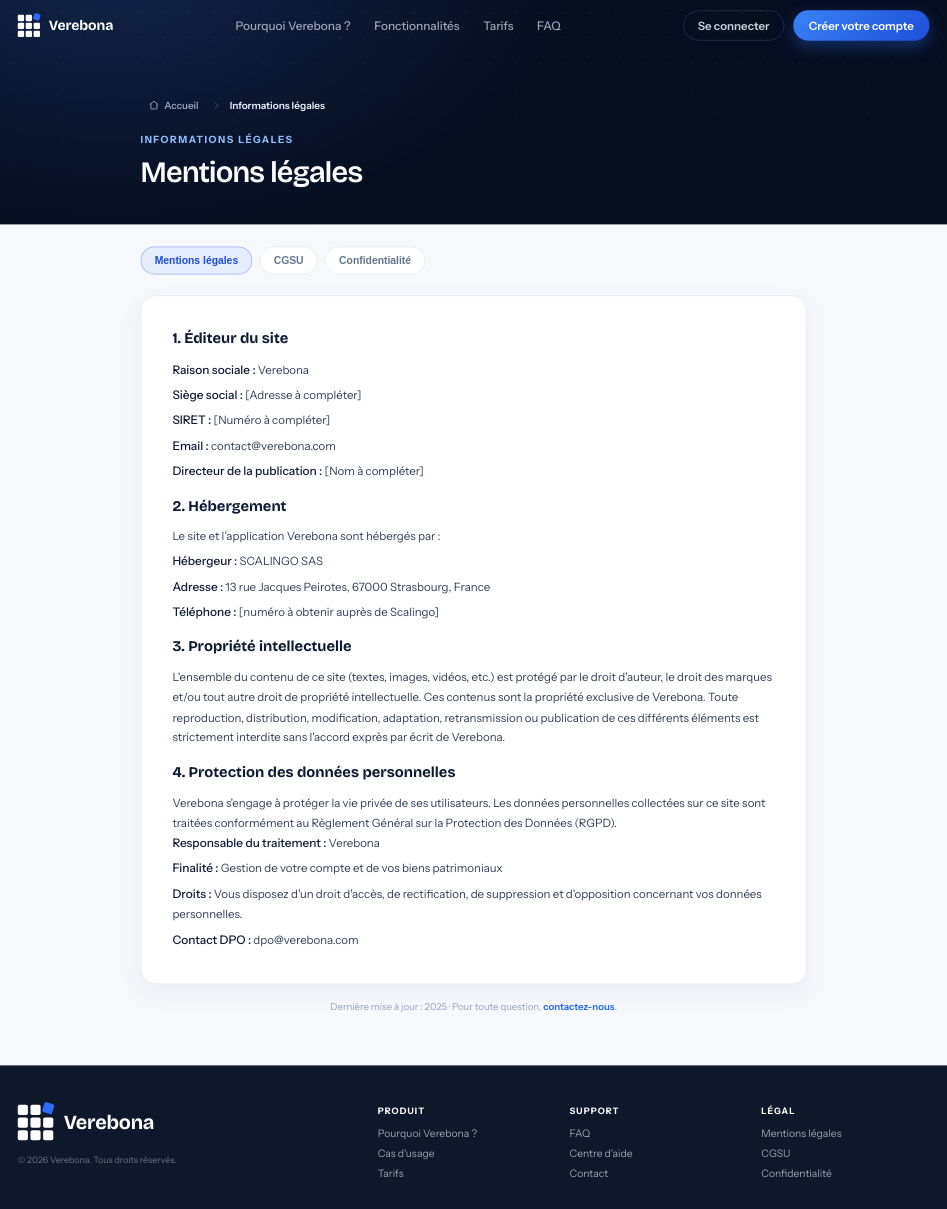
Repository: AdminVerebona/verebona-public
Page: /mentions-legales
An editor plug-in stored every save of this project. The page is shown before and after the next save, followed by the edit.
The browser window is 1280 px wide. The pictures show the whole page, at 74% of full size.
The project was rebuilt for these pictures with package versions that can differ from the ones it lists, and the page was loaded fresh each time. Also part of the build but not shown: next.config.mjs, vite.config.js, vite.config.ts, src/composables/useLanding.ts, src/sections/HeroSection.vue, src/sections/WhySection.vue, src/sections/UseCasesSection.vue, src/sections/FeaturesSection.vue and 6 more.

Above is the page before, as saved 2026-07-10 15:18:22.

### index.html
<!doctype html>
<html lang="fr">
  <head>
    <meta charset="UTF-8" />
    <meta name="viewport" content="width=device-width, initial-scale=1.0" />
    <title>Verebona — Centralisez, organisez, valorisez vos biens</title>
    <meta
      name="description"
      content="Verebona centralise vos biens, documents et échéances pour les retrouver facilement, anticiper les dates importantes et valoriser vos biens le moment venu."
    />
  </head>
  <body>
    <div id="app"></div>
    <script type="module" src="/src/main.ts"></script>
  </body>
</html>

### src/main.ts
import { createApp } from 'vue'
import App from './App.vue'
import router from './router'
import { vHover } from './directives/hover'
import './style.css'

createApp(App)
  .use(router)
  .directive('hover', vHover)
  .mount('#app')

### src/App.vue
<template>
  <div style="background:#070E20;color:#EAF0FB;overflow-x:hidden;min-height:100vh">
    <AppHeader />
    <router-view />
    <AppFooter />
  </div>
</template>

<script setup lang="ts">
import { onMounted, watch, nextTick } from 'vue'
import { useRoute } from 'vue-router'
import AppHeader from './components/AppHeader.vue'
import AppFooter from './components/AppFooter.vue'
import { useScrollReveal } from './composables/useScrollReveal'

const route = useRoute()
const { scan } = useScrollReveal()

onMounted(() => { scan() })

// Re-scan reveal targets whenever the route (page) changes.
watch(
  () => route.fullPath,
  () => { nextTick(() => setTimeout(scan, 60)) },
)
</script>

### src/router/index.ts
import { createRouter, createWebHistory } from 'vue-router'
import HomeView from '../views/HomeView.vue'

const routes = [
  { path: '/', name: 'home', component: HomeView },
  { path: '/aide', name: 'help', component: () => import('../views/HelpView.vue') },
  { path: '/contact', name: 'contact', component: () => import('../views/ContactView.vue') },
  { path: '/mentions-legales', name: 'legal-mentions', component: () => import('../views/LegalView.vue') },
  { path: '/cgu', name: 'legal-cgu', component: () => import('../views/LegalView.vue') },
  { path: '/confidentialite', name: 'legal-confid', component: () => import('../views/LegalView.vue') },
  { path: '/:pathMatch(.*)*', name: 'not-found', component: () => import('../views/NotFoundView.vue') },
]

const router = createRouter({
  history: createWebHistory(),
  routes,
  scrollBehavior(to) {
    if (to.hash) return { el: to.hash, behavior: 'smooth' }
    return { top: 0 }
  },
})

export default router

### src/directives/hover.ts
import type { Directive } from 'vue'

/**
 * v-hover — applies a set of inline styles while the pointer is over the
 * element, and restores the previous values on leave. Reproduces the
 * `style-hover` behaviour of the design prototype.
 *
 * Usage:  <a v-hover="{ color: '#fff', transform: 'translateY(-1px)' }">
 */
type HoverStyles = Record<string, string>

interface HoverEl extends HTMLElement {
  __hoverEnter?: () => void
  __hoverLeave?: () => void
}

export const vHover: Directive<HoverEl, HoverStyles> = {
  mounted(el, binding) {
    const styles = binding.value || {}
    const original: HoverStyles = {}

    const enter = () => {
      for (const key in styles) {
        original[key] = (el.style as any)[key]
        ;(el.style as any)[key] = styles[key]
      }
    }
    const leave = () => {
      for (const key in styles) {
        ;(el.style as any)[key] = original[key] || ''
      }
    }

    el.__hoverEnter = enter
    el.__hoverLeave = leave
    el.addEventListener('mouseenter', enter)
    el.addEventListener('mouseleave', leave)
  },
  unmounted(el) {
    if (el.__hoverEnter) el.removeEventListener('mouseenter', el.__hoverEnter)
    if (el.__hoverLeave) el.removeEventListener('mouseleave', el.__hoverLeave)
  },
}

### src/composables/useScrollReveal.ts
/**
 * Scroll-reveal: adds `.vb-in` to `.vb-reveal` / `.vb-rgroup` elements as they
 * enter the viewport (staggering the children of a group). Ported from the
 * prototype's IntersectionObserver logic. Honours prefers-reduced-motion and
 * has a safety timeout so content is never left hidden.
 */
let io: IntersectionObserver | null = null

const reduce =
  typeof window !== 'undefined' &&
  !!window.matchMedia &&
  window.matchMedia('(prefers-reduced-motion: reduce)').matches

if (!reduce && typeof document !== 'undefined') {
  document.documentElement.classList.add('vb-anim')
}

function revealAll() {
  document.querySelectorAll('.vb-reveal').forEach((e) => e.classList.add('vb-in'))
  document.querySelectorAll('.vb-rgroup > *').forEach((e) => e.classList.add('vb-in'))
}

function ensureObserver() {
  if (io || reduce || typeof window === 'undefined' || !('IntersectionObserver' in window)) return
  io = new IntersectionObserver(
    (entries) => {
      entries.forEach((entry) => {
        if (!entry.isIntersecting) return
        const el = entry.target as HTMLElement
        io!.unobserve(el)
        if (el.classList.contains('vb-rgroup')) {
          Array.from(el.children).forEach((c, i) => {
            ;(c as HTMLElement).style.transitionDelay = i * 90 + 'ms'
            c.classList.add('vb-in')
          })
        } else {
          el.classList.add('vb-in')
        }
      })
    },
    { threshold: 0.12, rootMargin: '0px 0px -8% 0px' },
  )
}

export function useScrollReveal() {
  function scan() {
    if (reduce || typeof window === 'undefined' || !('IntersectionObserver' in window)) {
      revealAll()
      return
    }
    ensureObserver()
    document.querySelectorAll('.vb-reveal, .vb-rgroup').forEach((el) => io!.observe(el))
    // Safety net: never leave content hidden.
    window.setTimeout(revealAll, 2200)
  }
  return { scan }
}

### src/views/LegalView.vue
<template>
<section style="position:relative;padding:128px 24px 48px;overflow:hidden;background:radial-gradient(1000px 560px at 12% -10%,rgba(59,130,246,.18),transparent 60%),#070E20">
  <div style="position:absolute;inset:0;background-image:radial-gradient(rgba(148,163,184,.09) 1px,transparent 1px);background-size:34px 34px;-webkit-mask-image:linear-gradient(to bottom,#000,transparent 85%);mask-image:linear-gradient(to bottom,#000,transparent 85%);pointer-events:none"></div>
  <div style="max-width:900px;margin:0 auto;position:relative">
    <nav aria-label="Fil d'Ariane" style="margin-bottom:24px"><ol style="display:flex;align-items:center;gap:6px;list-style:none;margin:0;padding:0;font-size:13.5px"><li style="display:flex;align-items:center"><a href="#" @click.prevent="goHome" style="display:inline-flex;align-items:center;gap:7px;color:#9FB4D8;font-weight:500;padding:6px 11px;border-radius:9px;cursor:pointer;transition:color .15s,background .15s" v-hover="{color:'#fff',background:'rgba(255,255,255,.06)'}"><svg width="14" height="14" viewBox="0 0 24 24" fill="none" stroke="currentColor" stroke-width="1.9" stroke-linecap="round" stroke-linejoin="round"><path d="M3 10.5 12 3l9 7.5"/><path d="M5 9.5V20a1 1 0 0 0 1 1h12a1 1 0 0 0 1-1V9.5"/></svg>Accueil</a></li><li aria-hidden="true" style="display:flex;color:#42557A"><svg width="15" height="15" viewBox="0 0 24 24" fill="none" stroke="currentColor" stroke-width="2" stroke-linecap="round" stroke-linejoin="round"><path d="M9 6l6 6-6 6"/></svg></li><li aria-current="page" style="color:#EAF0FB;font-weight:600;padding:6px 4px">{{ crumbLabel }}</li></ol></nav>
    <div style="font-size:13.5px;letter-spacing:.15em;text-transform:uppercase;font-weight:800;color:#8FBEFF;margin-bottom:16px">Informations légales</div>
    <h1 style="font-size:40px;line-height:1.08;font-weight:600;letter-spacing:-.025em;color:#fff">{{ legalTitle }}</h1>
  </div>
</section>
<section style="background:#F6F8FC;padding:30px 24px 72px">
  <div style="max-width:900px;margin:0 auto">
    <div style="display:flex;flex-wrap:wrap;gap:10px;margin-bottom:28px">
      <button type="button" :style="legalMentionsStyle" @click.prevent="goMentions">Mentions légales</button>
      <button type="button" :style="legalCGUStyle" @click.prevent="goCGU">CGSU</button>
      <button type="button" :style="legalConfidStyle" @click.prevent="goConfid">Confidentialité</button>
    </div>
    <div style="background:#fff;border:1px solid #E6EBF3;border-radius:20px;padding:40px 42px;box-shadow:0 12px 34px rgba(15,27,51,.05)">
      <template v-if="isMentions">
        <div style="font-size:15.5px;line-height:1.75;color:#334155">
          <h2 style="font-size:20px;font-weight:700;color:#0F1B33;font-family:'Bricolage Grotesque',sans-serif;margin:0 0 10px">1. Éditeur du site</h2>
          <p style="margin:0 0 6px"><span style="font-size:16px;font-weight:500;color:#0F1B33">Raison sociale :</span> Verebona</p>
          <p style="margin:0 0 6px"><span style="font-size:16px;font-weight:500;color:#0F1B33">Siège social :</span> [Adresse à compléter]</p>
          <p style="margin:0 0 6px"><span style="font-size:16px;font-weight:500;color:#0F1B33">SIRET :</span> [Numéro à compléter]</p>
          <p style="margin:0 0 6px"><span style="font-size:16px;font-weight:500;color:#0F1B33">Email :</span> contact@verebona.com</p>
          <p style="margin:0 0 16px"><span style="font-size:16px;font-weight:500;color:#0F1B33">Directeur de la publication :</span> [Nom à compléter]</p>
          <h2 style="font-size:20px;font-weight:700;color:#0F1B33;font-family:'Bricolage Grotesque',sans-serif;margin:0 0 10px">2. Hébergement</h2>
          <p style="margin:0 0 6px">Le site et l’application Verebona sont hébergés par : </p>
          <p style="margin:0 0 6px"><span style="font-size:16px;font-weight:500;color:#0F1B33">Hébergeur :</span> SCALINGO SAS</p>
          <p style="margin:0 0 6px"><span style="font-size:16px;font-weight:500;color:#0F1B33">Adresse :</span> 13 rue Jacques Peirotes, 67000 Strasbourg, France</p>
          <p style="margin:0 0 16px"><span style="font-size:16px;font-weight:500;color:#0F1B33">Téléphone :</span> [numéro à obtenir auprès de Scalingo]</p>
          <h2 style="font-size:20px;font-weight:700;color:#0F1B33;font-family:'Bricolage Grotesque',sans-serif;margin:0 0 10px">3. Propriété intellectuelle</h2>
          <p style="margin:0 0 16px">L'ensemble du contenu de ce site (textes, images, vidéos, etc.) est protégé par le droit d'auteur, le droit des marques et/ou tout autre droit de propriété intellectuelle. Ces contenus sont la propriété exclusive de Verebona. Toute reproduction, distribution, modification, adaptation, retransmission ou publication de ces différents éléments est strictement interdite sans l'accord exprès par écrit de Verebona.</p>
          <h2 style="font-size:20px;font-weight:700;color:#0F1B33;font-family:'Bricolage Grotesque',sans-serif;margin:0 0 10px">4. Protection des données personnelles</h2>
          <p style="margin:0">Verebona s'engage à protéger la vie privée de ses utilisateurs. Les données personnelles collectées sur ce site sont traitées conformément au Règlement Général sur la Protection des Données (RGPD).</p>
          <p style="margin:0 0 6px"><span style="font-size:16px;font-weight:500;color:#0F1B33">Responsable du traitement :</span> Verebona</p>
          <p style="margin:0 0 6px"><span style="font-size:16px;font-weight:500;color:#0F1B33">Finalité  :</span> Gestion de votre compte et de vos biens patrimoniaux</p>
          <p style="margin:0 0 6px"><span style="font-size:16px;font-weight:500;color:#0F1B33">Droits  :</span> Vous disposez d'un droit d'accès, de rectification, de suppression et d'opposition concernant vos données personnelles.</p>
          <p style="margin:0 0 6px"><span style="font-size:16px;font-weight:500;color:#0F1B33">Contact DPO :</span> dpo@verebona.com</p>
        </div>
      </template>
      <template v-if="isCGU">
        <div style="font-size:15.5px;line-height:1.75;color:#334155">
          <h2 style="font-size:20px;font-weight:700;color:#0F1B33;font-family:'Bricolage Grotesque',sans-serif;margin:0 0 10px">1. Objet</h2>
          <p style="margin:0 0 22px">Les présentes conditions générales de service et d'utilisation (CGSU) définissent les modalités d'accès et d'utilisation de la plateforme Verebona, service de centralisation et d'organisation documentaire du patrimoine.</p>
          <h2 style="font-size:20px;font-weight:700;color:#0F1B33;font-family:'Bricolage Grotesque',sans-serif;margin:0 0 10px">2. Compte et abonnement</h2>
          <p style="margin:0 0 22px">L'accès au service nécessite la création d'un compte et la souscription d'une offre. L'utilisateur s'engage à fournir des informations exactes et à préserver la confidentialité de ses identifiants.</p>
          <h2 style="font-size:20px;font-weight:700;color:#0F1B33;font-family:'Bricolage Grotesque',sans-serif;margin:0 0 10px">3. Nature du service</h2>
          <p style="margin:0 0 22px">Verebona est une plateforme d'organisation. Les documents importés ne sont ni certifiés, ni validés, ni garantis juridiquement. L'utilisateur reste seul responsable de l'exactitude des informations qu'il enregistre.</p>
          <h2 style="font-size:20px;font-weight:700;color:#0F1B33;font-family:'Bricolage Grotesque',sans-serif;margin:0 0 10px">4. Responsabilités</h2>
          <p style="margin:0 0 22px">Verebona met en œuvre les moyens raisonnables pour assurer la disponibilité et la sécurité du service, sans obligation de résultat concernant une disponibilité ininterrompue.</p>
          <h2 style="font-size:20px;font-weight:700;color:#0F1B33;font-family:'Bricolage Grotesque',sans-serif;margin:0 0 10px">5. Résiliation</h2>
          <p style="margin:0">L'utilisateur peut résilier son abonnement à tout moment. Des modalités de récupération des données sont prévues afin d'éviter tout verrouillage à la fin du contrat.</p>
        </div>
      </template>
      <template v-if="isConfid">
        <div style="font-size:15.5px;line-height:1.75;color:#334155">
          <h2 style="font-size:20px;font-weight:700;color:#0F1B33;font-family:'Bricolage Grotesque',sans-serif;margin:0 0 10px">Données collectées</h2>
          <p style="margin:0 0 22px">Verebona collecte les données nécessaires au fonctionnement du service : informations de compte, contenus importés (fiches de biens, documents) et données d'usage strictement utiles à l'amélioration du service.</p>
          <h2 style="font-size:20px;font-weight:700;color:#0F1B33;font-family:'Bricolage Grotesque',sans-serif;margin:0 0 10px">Finalités</h2>
          <p style="margin:0 0 22px">Les données sont traitées pour fournir le service, assurer la sécurité, et répondre aux obligations légales. Elles ne sont jamais cédées à des tiers à des fins commerciales.</p>
          <h2 style="font-size:20px;font-weight:700;color:#0F1B33;font-family:'Bricolage Grotesque',sans-serif;margin:0 0 10px">Sécurité</h2>
          <p style="margin:0 0 22px">Vos données sont chiffrées lors du stockage et des échanges, et hébergées sur une infrastructure sécurisée au sein de l'Union européenne.</p>
          <h2 style="font-size:20px;font-weight:700;color:#0F1B33;font-family:'Bricolage Grotesque',sans-serif;margin:0 0 10px">Vos droits</h2>
          <p style="margin:0">Conformément au RGPD, vous disposez d'un droit d'accès, de rectification, de portabilité et de suppression de vos données. Pour exercer ces droits, écrivez à contact@verebona.com.</p>
        </div>
      </template>
    </div>
    <p style="font-size:13px;color:#94A3B8;margin-top:22px;text-align:center">Dernière mise à jour : 2025 · Pour toute question, <a href="#" @click.prevent="goContact" style="color:#2563EB;font-weight:600">contactez-nous</a>.</p>
  </div>
</section>
</template>

<script setup lang="ts">
import { useLegal } from '../composables/useLegal'
import { useNav } from '../composables/useNav'
const { isMentions, isCGU, isConfid, legalTitle, legalMentionsStyle, legalCGUStyle, legalConfidStyle, crumbLabel } = useLegal()
const { goHome, goContact, goMentions, goCGU, goConfid } = useNav()
</script>

### src/composables/useNav.ts
import { ref, computed, nextTick } from 'vue'
import { useRouter, useRoute } from 'vue-router'

// Shared across header + footer + mobile menu.
const menuOpen = ref(false)

/**
 * useNav — header/footer navigation. Page links use vue-router; the four
 * in-page section links (Pourquoi / Fonctionnalités / Tarifs / FAQ) route to
 * home first if needed, then smooth-scroll to the anchor.
 */
export function useNav() {
  const router = useRouter()
  const route = useRoute()

  const toggleMenu = () => { menuOpen.value = !menuOpen.value }
  const closeMenu = () => { menuOpen.value = false }

  function scrollToId(id: string) {
    const el = document.getElementById(id)
    if (el && el.scrollIntoView) {
      try { el.scrollIntoView({ behavior: 'smooth', block: 'start' }) } catch { /* noop */ }
    }
  }
  function goToAnchor(id: string) {
    closeMenu()
    if (route.path !== '/') {
      router.push('/').then(() => nextTick(() => setTimeout(() => scrollToId(id), 80)))
    } else {
      scrollToId(id)
    }
  }

  const goHome = () => { closeMenu(); router.push('/') }
  const goAide = () => { closeMenu(); router.push('/aide') }
  const goContact = () => { closeMenu(); router.push('/contact') }
  const goMentions = () => { closeMenu(); router.push('/mentions-legales') }
  const goCGU = () => { closeMenu(); router.push('/cgu') }
  const goConfid = () => { closeMenu(); router.push('/confidentialite') }

  const navPourquoi = () => goToAnchor('pourquoi')
  const navFeatures = () => goToAnchor('features')
  const navPricing = () => goToAnchor('pricing')
  const navFaq = () => goToAnchor('faq')
  const navCasUsage = () => goToAnchor('cas-usage')

  const burgerBase = 'display:block;width:20px;height:2px;border-radius:2px;background:#fff;transition:transform .25s,opacity .25s;'
  const burgerTop = computed(() => burgerBase + 'transform:' + (menuOpen.value ? 'translateY(6px) rotate(45deg)' : 'none'))
  const burgerMid = computed(() => burgerBase + 'opacity:' + (menuOpen.value ? '0' : '1'))
  const burgerBot = computed(() => burgerBase + 'transform:' + (menuOpen.value ? 'translateY(-6px) rotate(-45deg)' : 'none'))

  return {
    menuOpen, toggleMenu, closeMenu,
    goHome, goAide, goContact, goMentions, goCGU, goConfid,
    navPourquoi, navFeatures, navPricing, navFaq, navCasUsage,
    burgerTop, burgerMid, burgerBot,
  }
}

### src/composables/useLegal.ts
import { computed } from 'vue'
import { useRoute } from 'vue-router'

/**
 * Legal page — a single view with three tabs (mentions / cgu / confid),
 * each mapped to its own route so they are independently linkable & indexable:
 *   /mentions-legales   /cgu   /confidentialite
 */
export function useLegal() {
  const route = useRoute()

  const tab = computed<'mentions' | 'cgu' | 'confid'>(() => {
    if (route.path.includes('cgu')) return 'cgu'
    if (route.path.includes('confidentialite')) return 'confid'
    return 'mentions'
  })

  const isMentions = computed(() => tab.value === 'mentions')
  const isCGU = computed(() => tab.value === 'cgu')
  const isConfid = computed(() => tab.value === 'confid')

  const legalTitle = computed(() =>
    tab.value === 'cgu'
      ? "Conditions générales de service et d'utilisation"
      : tab.value === 'confid'
        ? 'Politique de confidentialité'
        : 'Mentions légales',
  )

  const tabStyle = (a: boolean) =>
    `padding:10px 18px;border-radius:999px;font-size:14px;font-weight:600;cursor:pointer;border:1px solid ${a ? 'rgba(37,99,235,.4)' : '#E2E8F0'};background:${a ? 'rgba(37,99,235,.08)' : '#fff'};color:${a ? '#1D4ED8' : '#64748B'};transition:all .15s`

  const legalMentionsStyle = computed(() => tabStyle(isMentions.value))
  const legalCGUStyle = computed(() => tabStyle(isCGU.value))
  const legalConfidStyle = computed(() => tabStyle(isConfid.value))

  return {
    isMentions, isCGU, isConfid, legalTitle,
    legalMentionsStyle, legalCGUStyle, legalConfidStyle,
    crumbLabel: 'Informations légales',
  }
}

Loaded but not shown: src/components/AppHeader.vue (68 lines, source omitted); src/components/AppFooter.vue (21 lines, source omitted); src/style.css (59 lines, source omitted)

After the next save:
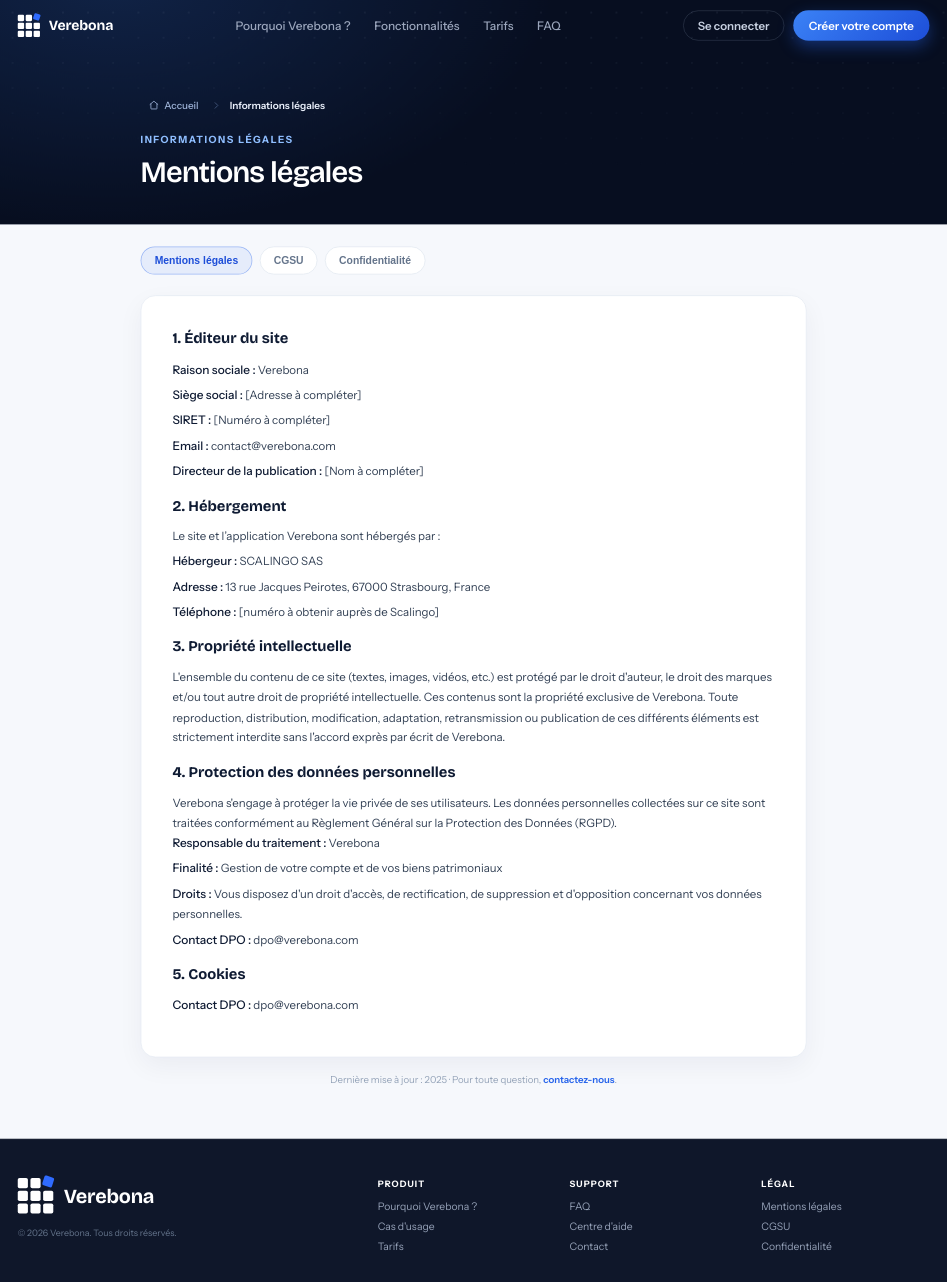
Saved 46 s later.
--- a/src/views/LegalView.vue
+++ b/src/views/LegalView.vue
@@ -35,7 +35,11 @@
           <p style="margin:0 0 6px"><span style="font-size:16px;font-weight:500;color:#0F1B33">Responsable du traitement :</span> Verebona</p>
           <p style="margin:0 0 6px"><span style="font-size:16px;font-weight:500;color:#0F1B33">Finalité  :</span> Gestion de votre compte et de vos biens patrimoniaux</p>
           <p style="margin:0 0 6px"><span style="font-size:16px;font-weight:500;color:#0F1B33">Droits  :</span> Vous disposez d'un droit d'accès, de rectification, de suppression et d'opposition concernant vos données personnelles.</p>
-          <p style="margin:0 0 6px"><span style="font-size:16px;font-weight:500;color:#0F1B33">Contact DPO :</span> dpo@verebona.com</p>
+          <p style="margin:0 0 16px"><span style="font-size:16px;font-weight:500;color:#0F1B33">Contact DPO :</span> dpo@verebona.com</p>
+          <h2 style="font-size:20px;font-weight:700;color:#0F1B33;font-family:'Bricolage Grotesque',sans-serif;margin:0 0 10px">5. Cookies</h2>
+                    <p style="margin:0 0 16px"><span style="font-size:16px;font-weight:500;color:#0F1B33">Contact DPO :</span> dpo@verebona.com</p>
+
+
         </div>
       </template>
       <template v-if="isCGU">
